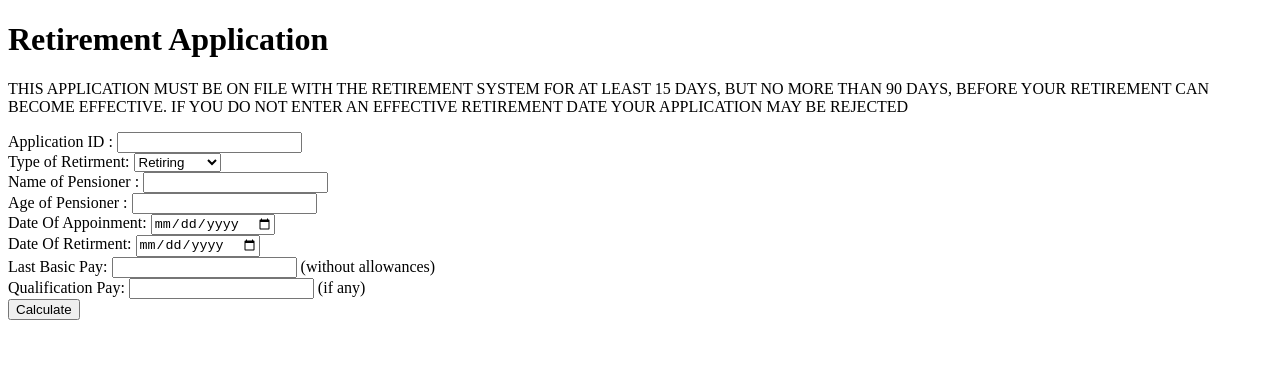
Repository: AQSA-ABDULLAH/RetirementManagmentSystem
Page: RetimentManagmentSystem/src/main/webapp/RetirementApplicationForm.html
An editor plug-in stored every save of this project. The page is shown before and after the next save, followed by the edit.
The browser window is 1280 px wide. The pictures show the whole page.

Above is the page before, as saved 2023-08-13 18:10:30.

After the next save:
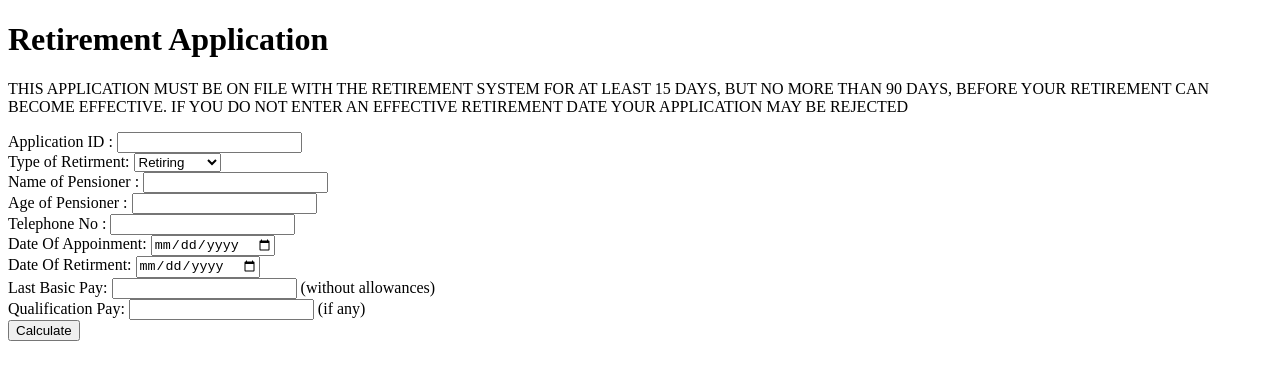
Saved 3 min 7 s later.
--- a/RetimentManagmentSystem/src/main/webapp/RetirementApplicationForm.html
+++ b/RetimentManagmentSystem/src/main/webapp/RetirementApplicationForm.html
@@ -30,6 +30,9 @@ YOUR APPLICATION MAY BE REJECTED</p>
     <label for="age">Age of Pensioner :</label>
     <input type="number" id="age" required><br>
 
+    <label for="phoneno">Telephone No :</label>
+    <input type="number" id="phoneno" required><br>
+
     <label for="DateAppoinment">Date Of Appoinment:</label>
     <input type="date" id="DateApponiment" required><br>
 
